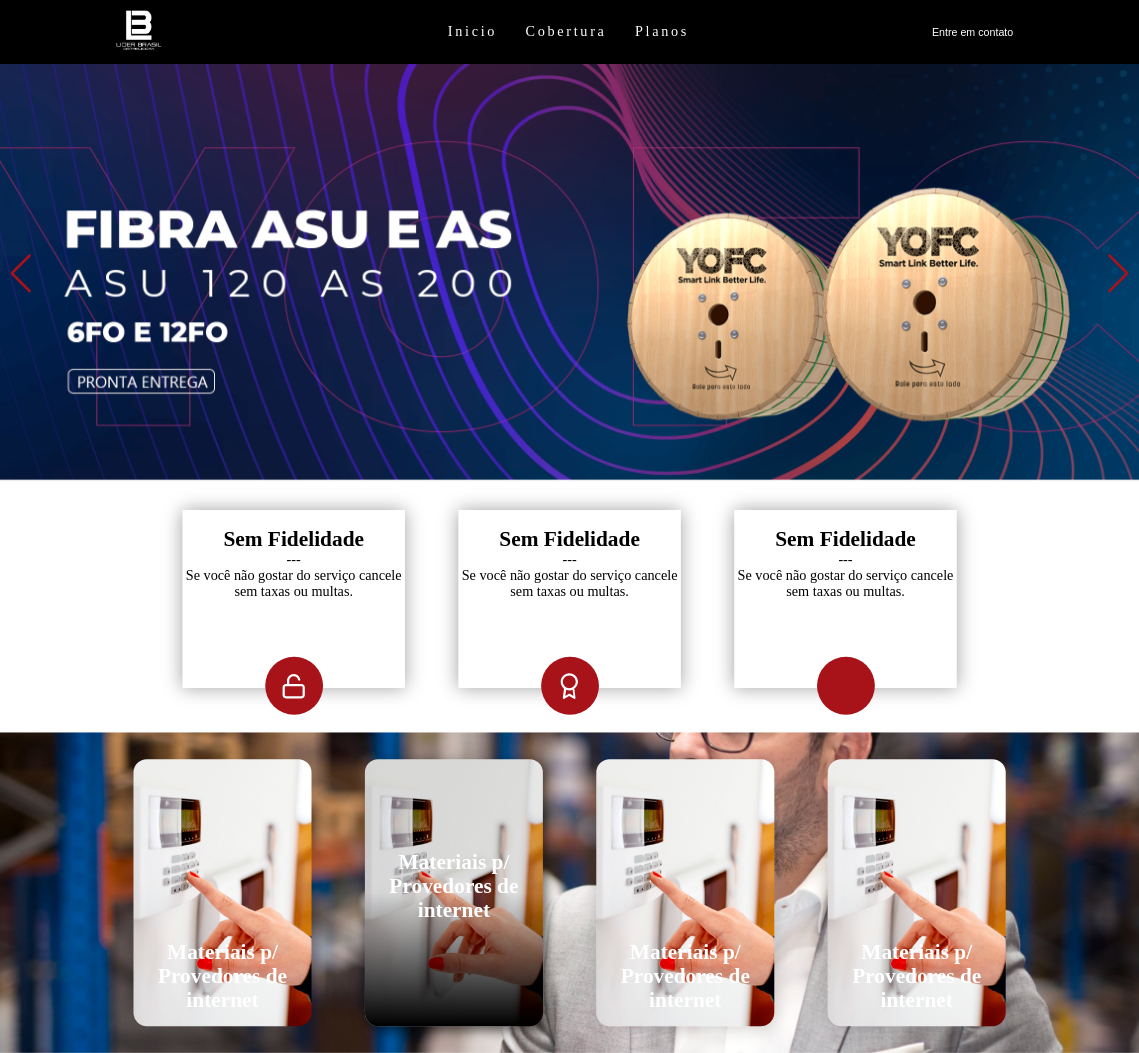
Repository: mateus-henrique-silva/Novo_institucional_lider
Page: index.html
The author's editor kept a copy of each file at every save. The page is drawn from the files as they stood at one save, then again after the next save.
The browser window is 1280 px wide. The pictures show the whole page, at 89% of full size.
Backgrounds fixed to the window are drawn as part of the page. Some web fonts or font styles are not loaded; a fallback is used.

Above is the page before, as saved 2022-09-06 10:27:14.
Console error: SyntaxError: Identifier 'MobileNavbar' has already been declared

### index.html
<!DOCTYPE html>
<html lang="en">
  <head>
    <meta charset="UTF-8" />
    <meta http-equiv="X-UA-Compatible" content="IE=edge" />
    <meta name="viewport" content="width=device-width, initial-scale=1.0" />
    <meta
      name="viewport"
      content="width=device-width, user-scalable=yes, initial-scale=1.0, maximum-scale=10, minimum-scale=1.0"
    />
    <link rel="stylesheet" href="./src/CSS/Global.css" />
    <link rel="stylesheet" href="./src/CSS/Header/style.css" />
    <link rel="stylesheet" href="./src/CSS/Main/style.css" />
    <link rel="stylesheet" href="./src/CSS/Main/Carousel/styles.css" />
    <link rel="stylesheet" href="./src/CSS/Main/Box/style.css" />
    <link rel="stylesheet" href="./src/CSS/Main/Products/style.css" />
    <link
      rel="stylesheet"
      href="https://unpkg.com/swiper@8/swiper-bundle.min.css"
    />

    <title>Líder Brasil</title>
  </head>
  <body>
    <header>
      <nav>
        <a class="logo"
          ><img src="./src/Assets/Logo/lb.png" width="50" alt=""
        /></a>
        <div class="mobile-menu">
          <div class="line1"></div>
          <div class="line2"></div>
          <div class="line3"></div>
        </div>
        <ul class="nav-list">
          <li><a href="#network index.html">Inicio</a></li>
          <li><a href="#map-container">Cobertura</a></li>
          <li><a href="#container">Planos</a></li>
        </ul>
        <ul>
          <li style="list-style: none; font-size: 10px">
            <a
              href="#"
              style="
                font-size: 12px;
                padding: 10px;
                font-family: arial;
                color: white;
              "
              onclick="openForm()"
              class="contact-header"
              >Entre em contato</a
            >
          </li>
        </ul>
      </nav>
    </header>
    <main>
      <section>
        <div class="swiper">
          <div class="swiper-wrapper">
            <div class="swiper-slide">
              <div class="project-img">
                <img
                  src="./src/Assets/img/carrossel/desktop/drop-desktop.png"
                  alt="Foto 01"
                />
              </div>
              <div class="project-img" id="mobile-img">
                <img
                  src="./src/Assets/img/carrossel/mobile/drop-mobile.png"
                  alt="Foto 03"
                />
              </div>
            </div>
            <div class="swiper-slide">
              <div class="project-img">
                <img
                  src="./src/Assets/img/carrossel/desktop/escada-desktop.png"
                  alt="Foto 01"
                />
              </div>
              <div class="project-img" id="mobile-img">
                <img
                  src="./src/Assets/img/carrossel/mobile/escada-mobile.png"
                  alt="Foto 03"
                />
              </div>
            </div>
            <div class="swiper-slide">
              <div class="project-img">
                <img src="./src/Assets/img/teste6.png" alt="Foto 01" />
              </div>
              <div class="project-img" id="mobile-img">
                <img src="./src/Assets/img/foto_03.png" alt="Foto 03" />
              </div>
            </div>
          </div>
          <div class="swiper-button-next"></div>
          <div class="swiper-button-prev"></div>
          <div class="swiper-pagination"></div>
        </div>
      </section>
      <section>
        <div class="section-box">
          <!-- card 1 -->

          <ul>
            <li class="box">
              <div class="box-inter">
                <h1>Sem Fidelidade</h1>
                <p>---</p>

                <p>
                  Se você não gostar do serviço cancele sem taxas ou multas.
                </p>
              </div>

              <div class="obj">
                <img
                  src="./src/Assets/img/icons/unlock.svg"
                  alt="arrowup"
                  srcset=""
                />
              </div>
            </li>
            <!-- card 2 -->
            <li class="box">
              <div class="box-inter">
                <h1>Sem Fidelidade</h1>
                <p>---</p>

                <p>
                  Se você não gostar do serviço cancele sem taxas ou multas.
                </p>
              </div>

              <div class="obj">
                <img
                  src="./src/Assets/img/icons/award.svg"
                  alt="arrowup"
                  srcset=""
                />
              </div>
            </li>
            <!-- card 3 -->
            <li class="box">
              <div class="box-inter">
                <h1>Sem Fidelidade</h1>
                <p>---</p>

                <p>
                  Se você não gostar do serviço cancele sem taxas ou multas.
                </p>
              </div>

              <div class="obj">
                <img
                  src="./src/Assets/img/icons/chevrons-up.svg"
                  alt="arrowup"
                  srcset=""
                />
              </div>
            </li>
          </ul>
        </div>
      </section>

      <section>
        <div class="background">
          <img
            class="img"
            src="./src/Assets/img/icons/aBlack.svg"
            alt=""
            srcset=""
          />

          <ul>
            <li>
              <div class="products">
                <button>text</button>
                <div>
                  <h2>Materiais p/ Provedores de internet</h2>
                </div>

              </div>
            </li>

            <li>

              <div class="products">
                <div class="back-radient">
                <button>text</button>
                <div>
                  <h2>Materiais p/ Provedores de internet</h2>
                </div>

              </div>
            </div>
            </li>

            <li>
              <div class="products">
                <button>text</button>
                <div>
                  <h2>Materiais p/ Provedores de internet</h2>
                </div>

              </div>
            </li>
            <li>
              <div class="products">
                <button>text</button>
                <div>
                  <h2>Materiais p/ Provedores de internet</h2>
                </div>

              </div>
            </li>
          </ul>
        </div>
      </section>
    </main>
    <footer></footer>
    <script src="https://unpkg.com/swiper@8/swiper-bundle.min.js"></script>
    <script src="./src/Scripts/Carousel/scripts.js"></script>
    <script src="./src/Scripts/Mobile/scripts.js"></script>
    <script src="./src/Scripts/Global.js"></script>
  </body>
</html>

### src/CSS/Global.css
@import url("https://fonts.googleapis.com/css2?family=Montserrat:ital,wght@0,100;0,200;0,300;0,400;0,500;0,600;0,700;0,800;0,900;1,100;1,200;1,300;1,400;1,500;1,600;1,700;1,800;1,900&family=Source+Serif+Pro:ital,wght@0,200;0,300;0,400;0,600;0,700;0,900;1,200;1,300;1,400;1,600;1,700;1,900&display=swap");

* {
  font-family: 'Source Serif Pro', serif;
  margin: 0;
  padding: 0;
  border: 0;

}


body{

}

### src/CSS/Header/style.css
header {
  width: 100%;
  background-color: black;
  margin-top: 0;
}
a {
  color: black;
  text-decoration: none;
  transition: 0.3s;
}

a:hover {
  opacity: 0.7;
}

.logo {
  align-items: center;
  width: 6%;

  text-transform: uppercase;
  letter-spacing: 4px;
}

.logo h1 {
  font-size: 12px;
}

nav {
  display: flex;
  z-index: 1;

  width: 100%;
  margin-top: 0;

  justify-content: space-around;
  align-items: center;
  background-color: black;
  height: 10vh;
}

.nav-list {
  text-align: center;
  justify-content: center;
  list-style: none;
  display: flex;
  z-index: 1;
}

.nav-list li {
  letter-spacing: 3px;
  margin-left: 32px;
}
.nav-list li a {
  color: white;
}
.nav-list li a:hover {
  color: #ff073b;
}

.mobile-menu {
  display: none;
  margin-left: 80px;
  cursor: pointer;
}

.mobile-menu div {
  transition: 0.3s;

  width: 32px;
  height: 2px;
  background: white;
  margin: 8px;
}

@media (max-width: 950px) {
  body {
    overflow-x: hidden;
  }

  .nav-list {
    position: absolute;
    top: 7vh;
    right: 0;
    width: 100vw;
    height: 100vh;
    background-color: white;
    flex-direction: column;
    color: white;
    /* align-items: center; */
    display: none;
    justify-content:flex-start;
    transition: 0.4s ease-in;
    /* justify-content: space-around; */
    transform: translateX(100%);
  }

  .nav-list li {
    margin-top:100px;
    margin-left: 0;
    opacity: 0;
  }

  .mobile-menu {
    display: block;
  }
  .contact-header {
    display: none;
  }

  .logo {
    margin-left:10px;
    width: 60%;
  }
}

.nav-list.active {
  transition: 0.3s;
  overflow-y: hidden;
  position: fixed;
  z-index: 10000;
  background-color: black;
  transform: translateX(0);
  display: flex;
}

.nav-list.active li {
  color: white!important;
  font-weight:bold;
}

.nav-list.active li {
  color: white;
}

@keyframes navLinkFade {
  from {
    opacity: 0;
    transform: translateX(50px);
  }

  to {
    opacity: 1;
    transform: translateX(0);
  }
}

.mobile-menu.active .line1 {
  transform: rotate(-45deg) translate(-8px, 8px);
}

.mobile-menu.active .line2 {
  opacity: 0;
}

.mobile-menu.active .line3 {
  transform: rotate(45deg) translate(-5px, -7px);
}

### src/CSS/Main/style.css
main{
    width: 100%;
    height: 100%;

    max-width: 100vw;
}


section{

    width: 100%;
    max-width: 100vw;
    height: 100%;
}


ul li {
    list-style: none;
}

### src/CSS/Main/Carousel/styles.css
.swiper {
    height: 100%!important;

  }

  .swiper-slide {
    text-align: center;
    display: flex;
    height: 100%!important;
    align-items: center;
    justify-content: center;
  }

  @media (max-width: 450px) {
    .swiper {
      height: 270px;
    }

    .project-img img{
      width: 100%;
      height: 100%!important;
    }
  }

  .project-img img{
    width: 100%;
    /* height: 80vh; */
  }



  .swiper-pagination-bullet{
    color: white !important;
    /* margin-top:-10px!important; */
    background-color:white !important;
  }

  /*
    largura => 3840
    Altura => 420

  */


  .swiper-button-next:after, .swiper-button-prev:after{
    color:#a71319 !important;
  }

  #mobile-img{
    display: none;
  }


  @media(max-width:999px){
    #mobile-img{
      display: block!important;
    }


    .project-img{
      display:none;
    }
  }


.menu{
  display:flex;
  flex-direction:column;
}

### src/CSS/Main/Box/style.css
.section-box {
  width: 100%;

  justify-content: center;
  align-items: center;
  display: flex;
}

.box {
  display: flex;
  flex-direction: column;
  /* justify-content: center; */

  justify-content: flex-end;
  align-items: center;
  height: 100%;
  margin: 30px;
  margin-bottom: 20px;
  /* width: 100%; */
  /* background-color: red; */
}

@media (max-width: 770px) {
  .section-box {
    width: 100%;
    justify-content: space-around;
    flex-direction: column;
    display: flex;
  }

  .box-inter {
    background-color: white;
    height: 100px;
    width: 200px;
    /* width: 100%; */
  }
}

@media (max-width: 480px) {
  .box-inter {
    height: 170px !important;
    width: 170px !important;
    /* width: 100%; */
  }

  .obj {
    height: 45px !important;

    margin-top: -35px;
    width: 45px !important;
  }

  .obj img {
    width: 20px !important;
  }
}

.box-inter {
  background-color: white;
  height: 200px;
  width: 250px;
  -webkit-box-shadow: 0px 0px 20px 0px rgba(0, 0, 0, 0.37);
  box-shadow: 0px 0px 20px 0px rgba(0, 0, 0, 0.37);
  display: flex;

  flex-direction: column;
  align-items: center;
  text-align: center;

  /* width: 100%; */
}

.box-inter h1 {
  margin-top: 20px;
  font-size: clamp(1em, 1em + 1vw, 1.5em);
}

.box p {
  font-size: clamp(1em, 1em + 0.5vw, 0.5em);
}
.obj {
  background-color: #a71319;
  height: 65px;

  border-radius: 50%;
  display: flex;
  align-items: center;
  justify-content: center;
  margin-top: -35px;
  width: 65px;
}

.obj img {
  width: 30px;
}

.section-box ul {
  display: flex;
  overflow-x: auto;
  width: 100%;
  justify-content: center;
  scroll-behavior: smooth;
}

.section-box .img-arrow {
  display: none;
}

@media (max-width: 600px) {
  .section-box .img-arrow {
    display: flex;
    justify-content: flex-end;

    animation: mymove 0.8s infinite;
  }
  .section-box ul {
    display: flex;
    overflow-x: auto;
    width: 100%;
    justify-content: flex-start;
    scroll-behavior: smooth;
  }
  @keyframes mymove {
    from {
      left: 280px;
    }
    to {
      left: 300px;
    }
  }
}

### src/CSS/Main/Products/style.css
.background {
  width: 100%;
  background: url("../../../Assets/img/Background/medio.jpg") no-repeat center
    fixed;
  height: 100%;
  display: flex;
  justify-content: space-around;
  justify-content: center;
  align-items: center;
}
.background ul {
  display: flex;
  overflow-x: auto;
  overflow-y: hidden;
  scroll-behavior: smooth;
  /* width: 100px; */
}
.background img {
  display: none;
}

.background ul li .products .img {
  display: flex;
}

.products {
  margin: 30px;
  background: url("../../../Assets/img/Background/products/alarme.png")
    no-repeat center;
    border-radius:15px;

  background-size: 100%;
  justify-content: flex-end;
  height: 300px;
  width: 200px;
  -webkit-box-shadow: 0px 0px 20px 0px rgba(0, 0, 0, 0.2) !important;
  box-shadow: 0px 0px 20px 0px rgba(0, 0, 0, 0.2) !important;
  display: flex;
  text-align: center;
  flex-direction: column;
  align-items: center;
  box-sizing: border-box;
  transition: 0.5s;
}

.products div h2 {
  margin-bottom: 15px;
   color:white;
  transition:2s;
}
.products:hover {
  justify-content: center;
  transition:2s;
}
.products:hover div h2 {

  display: none;
}
@media (max-width: 600px) {
  .background .img {
    position: absolute;
    margin-top: 170px;
    display: flex;
    justify-content: flex-end;
    animation: mymove 0.8s infinite;
  }

  @keyframes mymove {
    from {
      left: 280px;
    }
    to {
      left: 300px;
    }
  }
}

.products button {
  background-color: black;
  display: none;
  color: white;
  cursor: pointer;
  transition: 0.7s;
  padding: 8px 25px 8px;
}

.products:hover button {
  background-color: black;
  display: flex;

  color: white;
  cursor: pointer;
  padding: 8px 25px 8px;
}
.back-radient{
  width: 100%;
height: 100%;

display: flex;
align-items: center;
justify-content: center;

background: linear-gradient(180deg, rgba(0, 0, 0, 0.0962963) 50%, #000000 100%);
box-shadow: 5px 6px 11px rgba(0, 0, 0, 0.45);
border-radius: 15px;
}

### src/Scripts/Mobile/scripts.js
class MobileNavbar{


    constructor(mobileMenu, navList, navLinks){
        this.mobileMenu = document.querySelector(mobileMenu);
        this.navList = document.querySelector(navList);
        this.navLinks = document.querySelectorAll(navLinks);
        this.activeClass = "active";
        this.hadleClick =  this.hadleClick.bind(this);


    }

    animateLinks(){
        this.navLinks.forEach((link, index)=>{

            var calc = index/7+0.3;


            link.style.animation
            ?(link.style.animation="")
            :(link.style.animation= `navLinkFade 0.5s ease forwards ${calc}s`);


        });


    }


    hadleClick(){


        this.navList.classList.toggle(this.activeClass);
        this.mobileMenu.classList.toggle(this.activeClass);
        this.animateLinks();
    }

    addClickEvent(){
        this.mobileMenu.addEventListener("click", this.hadleClick);


    }

    init(){

        if(this.mobileMenu){

            this.addClickEvent();
        }
        return this;
    }
    }



    const mobileNavbar = new MobileNavbar(

        ".mobile-menu",

        ".nav-list",

        ".nav-list li",


        );


    mobileNavbar.init();

### src/Scripts/Global.js
document.onmousedown=disableclick;
function disableclick(event)
{
  if(event.button==2)
   {
     return false;
   }
}

### src/Assets/img/icons/award.svg
<?xml version="1.0" encoding="utf-8"?>
<!-- Generator: Adobe Illustrator 24.0.1, SVG Export Plug-In . SVG Version: 6.00 Build 0)  -->
<svg version="1.1" id="Camada_1" xmlns="http://www.w3.org/2000/svg" xmlns:xlink="http://www.w3.org/1999/xlink" x="0px" y="0px"
	 viewBox="0 0 24 24" style="enable-background:new 0 0 24 24;" xml:space="preserve">
<style type="text/css">
	.st0{fill:#FFFFFF;}
</style>
<path class="st0" d="M19.5,8.1c0-4.3-3.5-7.7-7.7-7.7S4,3.9,4,8.1c0,2.5,1.2,4.7,3,6.1l-1.1,8.3c0,0.4,0.1,0.7,0.4,0.9
	c0.3,0.2,0.7,0.2,1,0l4.3-2.6l4.3,2.6c0.2,0.1,0.3,0.1,0.5,0.1c0.2,0,0.4-0.1,0.5-0.2c0.3-0.2,0.5-0.6,0.4-0.9l-1.1-8.3
	C18.3,12.8,19.5,10.6,19.5,8.1z M5.9,8.1c0-3.2,2.6-5.8,5.8-5.8s5.8,2.6,5.8,5.8s-2.6,5.8-5.8,5.8S5.9,11.3,5.9,8.1z M15.4,20.8
	l-3.1-1.9c-0.3-0.2-0.7-0.2-1,0l-3.1,1.9l0.7-5.5c0.9,0.4,1.9,0.6,2.9,0.6c1,0,2-0.2,2.9-0.6L15.4,20.8z"/>
</svg>

### src/Assets/img/icons/chevrons-up.svg
<svg xmlns="http://www.w3.org/2000/svg" width="24" height="24" viewBox="0 0 24 24" fill="none" stroke="" stroke-width="2" stroke-linecap="round" stroke-linejoin="round" class="feather feather-chevrons-up"><polyline points="17 11 12 6 7 11"></polyline><polyline points="17 18 12 13 7 18" color="white"></polyline></svg>

After the next save:
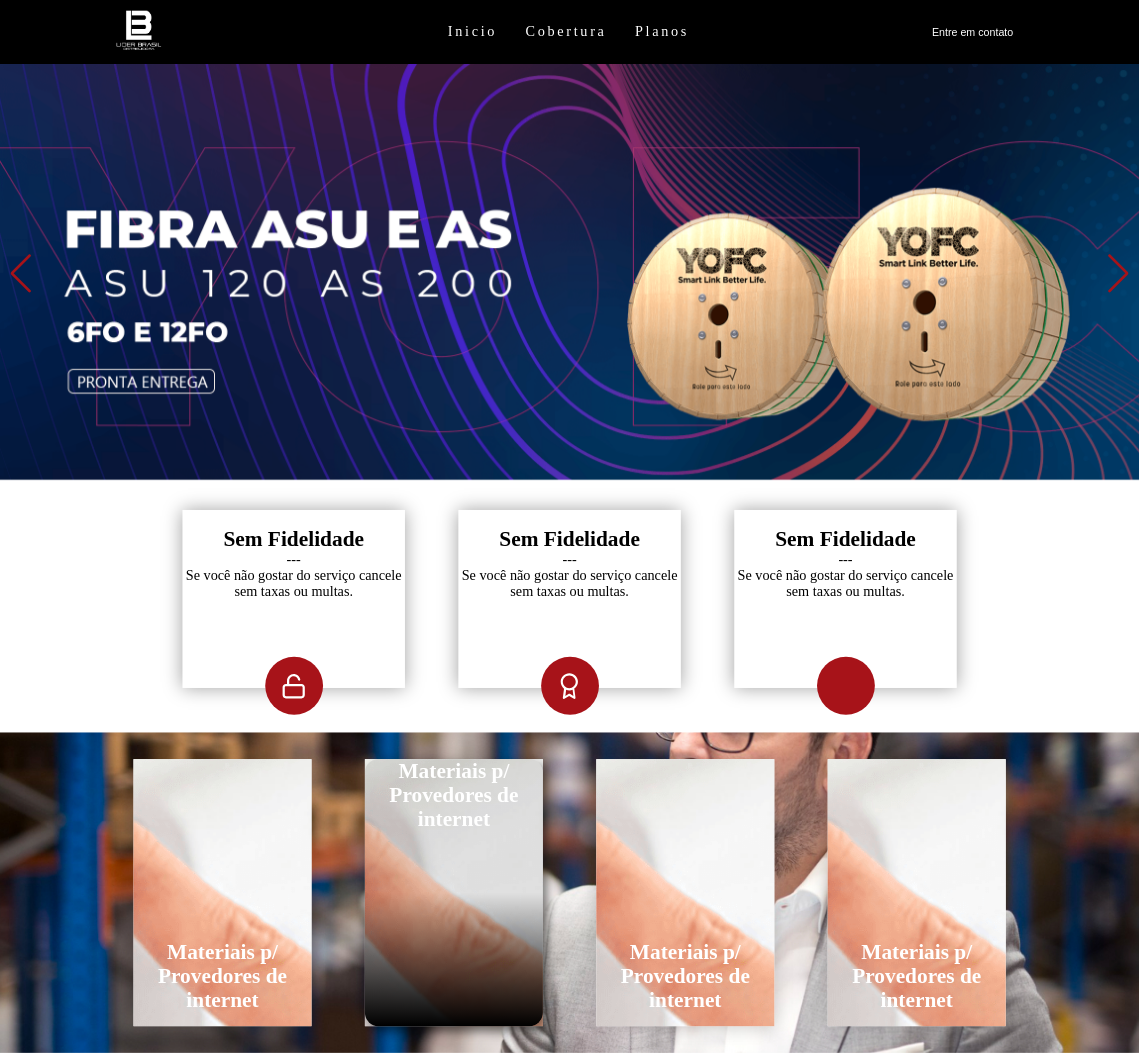
Saved 6 s later.
--- a/src/CSS/Main/Products/style.css
+++ b/src/CSS/Main/Products/style.css
@@ -27,7 +27,7 @@
   margin: 30px;
   background: url("../../../Assets/img/Background/products/alarme.png")
     no-repeat center;
-    border-radius:15px;
+    border-radius:10p
 
   background-size: 100%;
   justify-content: flex-end;
@@ -35,6 +35,7 @@
   width: 200px;
   -webkit-box-shadow: 0px 0px 20px 0px rgba(0, 0, 0, 0.2) !important;
   box-shadow: 0px 0px 20px 0px rgba(0, 0, 0, 0.2) !important;
+  background-color: white;
   display: flex;
   text-align: center;
   flex-direction: column;
@@ -96,9 +97,7 @@
   width: 100%;
 height: 100%;
 
-display: flex;
-align-items: center;
-justify-content: center;
+
 
 background: linear-gradient(180deg, rgba(0, 0, 0, 0.0962963) 50%, #000000 100%);
 box-shadow: 5px 6px 11px rgba(0, 0, 0, 0.45);

After the save that followed:
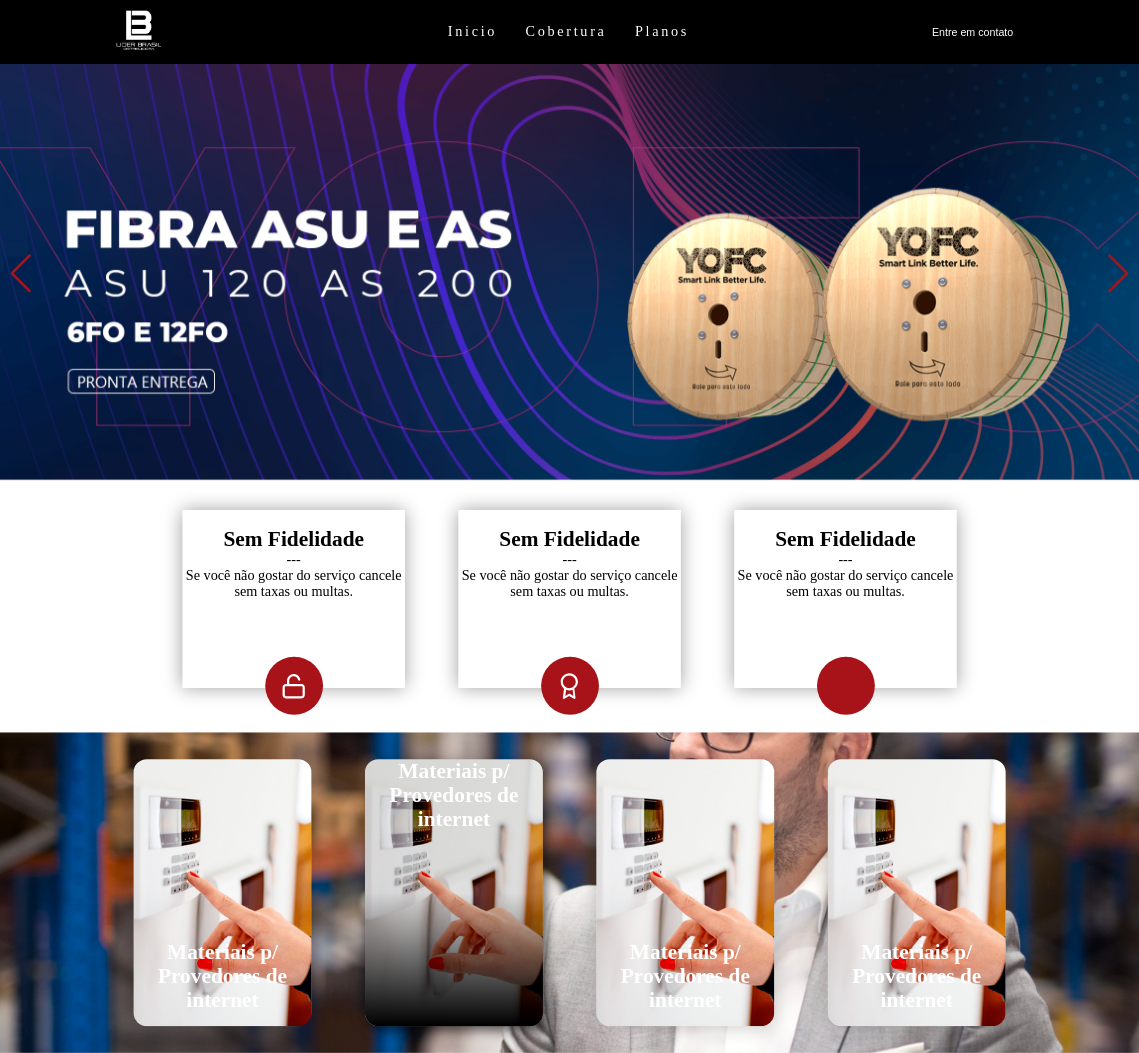
Saved 5 s later.
--- a/src/CSS/Main/Products/style.css
+++ b/src/CSS/Main/Products/style.css
@@ -27,7 +27,7 @@
   margin: 30px;
   background: url("../../../Assets/img/Background/products/alarme.png")
     no-repeat center;
-    border-radius:10p
+    border-radius:15px;
 
   background-size: 100%;
   justify-content: flex-end;
